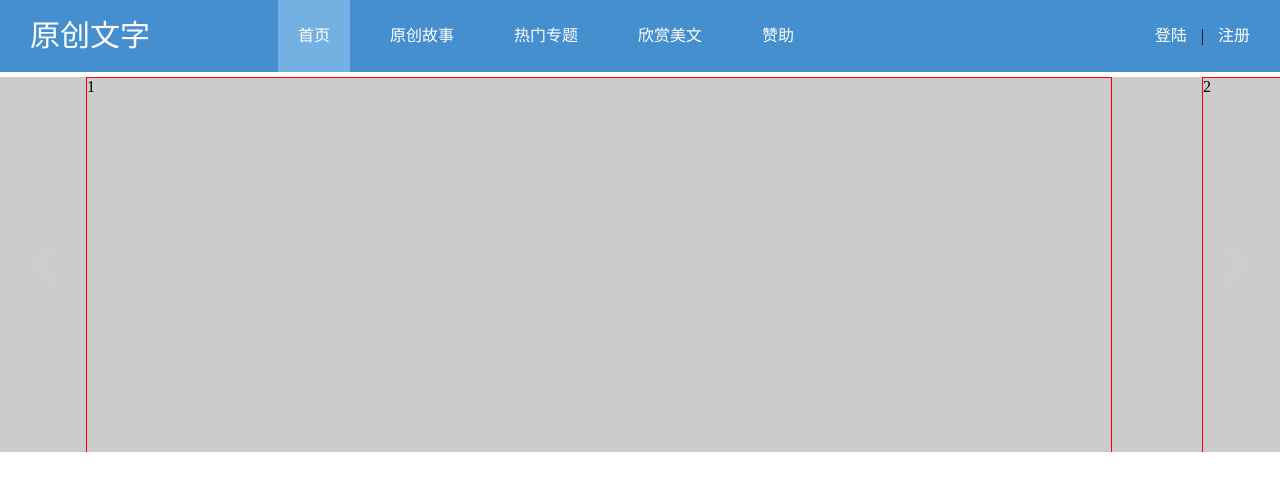
Repository: equation-zheng/Article
Page: http://localhost/Idles/
An editor plug-in stored every save of this project. The page is shown before and after the next save, followed by the edit.
The browser window is 1280 px wide. The pictures show the whole page.
After loading, the first visible `s.moveLeft` was clicked once.
Some web libraries are served in a nearby version. The page is served by Tomcat 9. Other server files are loaded and not shown.

Above is the page before, as saved 2017-12-06 03:48:19.

### Service/apache-tomcat-7.0.82/Idles/WebContent/index.jsp
<%
	String path = request.getContextPath();		//请求上下文路径
	//System.out.println(path);	// /Idles
	int port = request.getServerPort();		//服务器端口号
	//System.out.println(port);	// 8080
	String basePath = null;
	if (port == 80) {
		//getScheme()返回当前页面使用的协议，http 或是 https;
		basePath = request.getScheme()+"://"+request.getServerName()+path;
	} else {
		basePath = request.getScheme()+"://"+request.getServerName()+":"+request.getServerPort()+path;
	}
	//System.out.println(request.getServerName());   //localhost

	request.setAttribute("basePath", basePath);
%>
<?xml version="1.0" encoding="UTF-8" ?>
<%@ page language="java" contentType="text/html; charset=UTF-8"
    pageEncoding="UTF-8"%>
<!DOCTYPE html PUBLIC "-//W3C//DTD XHTML 1.0 Transitional//EN" "http://www.w3.org/TR/xhtml1/DTD/xhtml1-transitional.dtd">
<html xmlns="http://www.w3.org/1999/xhtml">
<head>
<meta http-equiv="Content-Type" content="text/html; charset=UTF-8" />
<title>首页</title>
</head>
<style>
	* {
		margin: 0;
		padding: 0;
		font-family: "微软雅黑";
	}
	ul li {
		list-style: none;
	}
	.header {
		height: 72px;
		background: #458fce;
	}
	.header .logo {
		color: #fff;
		line-height: 72px;
		font-size: 30px;
		margin-left: 30px;
		display: inline-block;
		font-weight: 500;
		float: left;
	}
	.header ul .first {
		margin-left: 10%;
		background: #74b0e2;
	}
	.header ul li {
		float: left;
		line-height: 72px;
		margin-left: 20px;
		padding: 0 20px 0 20px;
		color: #fff;

	}
	.header ul li:hover{
		background: #74b0e2;
		color: #D6E1CC;
	}
	.header .login {
		margin-right: 20px;
		float: right;
	}
	.header .login a {
		line-height: 72px;
		color: #fff;
		padding: 0 10px 0 10px;
		display: inline-block;
		text-decoration: none;
	}
	.header .login span a:hover {
		background: #74b0e2;
		color: #D6E1CC;
	}
	.banner {
		height: 380px;
		overflow: hidden;
		background: #ccc;
		position: relative;
	}
	.banner ul {
		height: 380px;
		width: 5120px;
		border: solid 5px #fff;
		margin-left: -1125px;
	}
	.banner ul li {
		height: 380px;
		width: 1024px;
		border: solid 1px red;
		margin-left: 90px;
		float: left;
	}
	.banner s {
		width: 25px;
		height: 25px;
		position: absolute;
		top: 180px;
		transform: rotate(45deg);
		border-color: #E8E8E8;
		opacity: .1;
		transition: opacity .5s;
	}
	.banner s:nth-child(1) {
		left: 40px;
		border-left-style: solid;
		border-bottom-style: solid;
	}
	.banner s:nth-child(2) {
		right: 40px;
		border-top-style: solid;
		border-right-style: solid;
	}
	.banner:hover s {
		opacity: 1;
	}

</style>
<body>
	<div class="header">
	<div class='logo'>原创文字</div>
		<ul>
			<li class='first'>首页</li>
			<li>原创故事</li>
			<li>热门专题</li>
			<li>欣赏美文</li>
			<li>赞助</li>
		</ul>
		<div class='login'>
			<span><a href="javascript:void(0)">登陆</a></span>
			<span>|</span>
			<span><a href="javascript:void(0)">注册</a></span>
		</div>
	</div>
	<div class="banner">
		<s class="moveLeft"></s>
		<s class="moveRight"></s>
		<ul>
			<li>0<img src="" alt="" /></li>
			<li>1<img src="" alt="" /></li>
			<li>2<img src="" alt="" /></li>
			<li>3<img src="" alt="" /></li>
			<li>4<img src="" alt="" /></li>
			<li>5<img src="" alt="" /></li>
		</ul>
	</div>
</body>
<script src="http://libs.baidu.com/jquery/2.0.0/jquery.min.js"></script>
<script>
	var moveLeft = $('.banner .moveLeft').eq(0);
	var moveRight = $('.banner .moveRight').eq(0);
	var ul = $('.banner ul').eq(0);

	var index = 0;
	var imgwidth = $('.banner ul li').width();
	var len = $('.banner ui li').length - 2;

	function movePicture() {
		ul.animate({marginLeft : -imgwidth * (index + 1)}, 1000,
		function() {
			if (index == len) {
				$(this).css('margin-left', -imgwidth);
				index = 0;
			}
			if (index == -1){
				$(this).css('margin-left', -imgwidth * len);
				index = len -1;
			}
		})
	}



	moveLeft.on('click', function() {
		ul.animate({marginLeft : -1125}, 1000);
	})
	moveRight.on('click', function() {
		ul.animate({marginLeft : -2238}, 1000);
	})
</script>
</html>

After the next save:
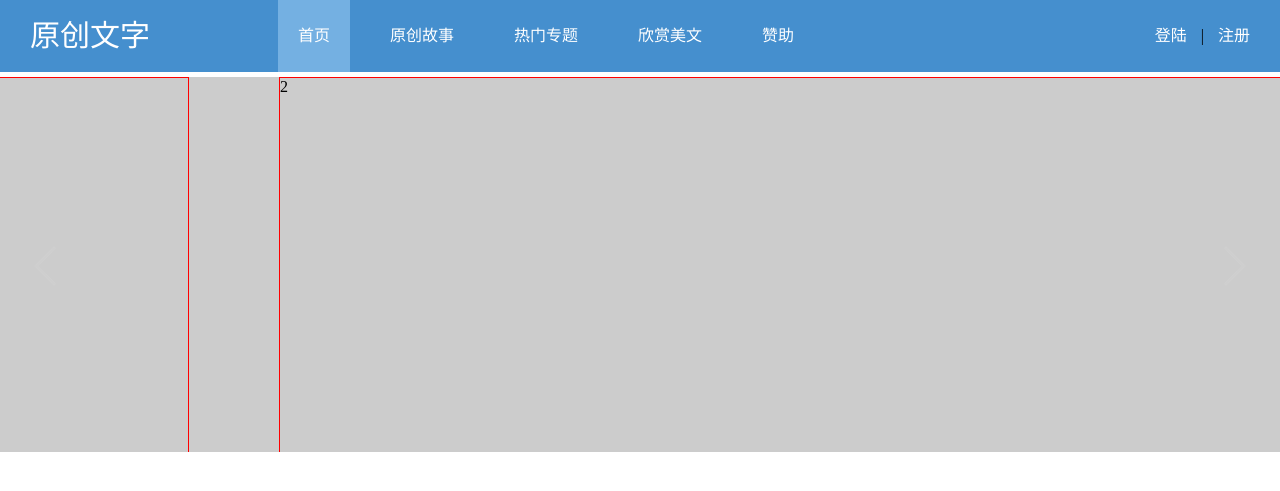
Saved 67 s later.
--- a/Service/apache-tomcat-7.0.82/Idles/WebContent/index.jsp
+++ b/Service/apache-tomcat-7.0.82/Idles/WebContent/index.jsp
@@ -176,7 +176,8 @@
 
 
 	moveLeft.on('click', function() {
-		ul.animate({marginLeft : -1125}, 1000);
+		index++;
+		movePicture();
 	})
 	moveRight.on('click', function() {
 		ul.animate({marginLeft : -2238}, 1000);
